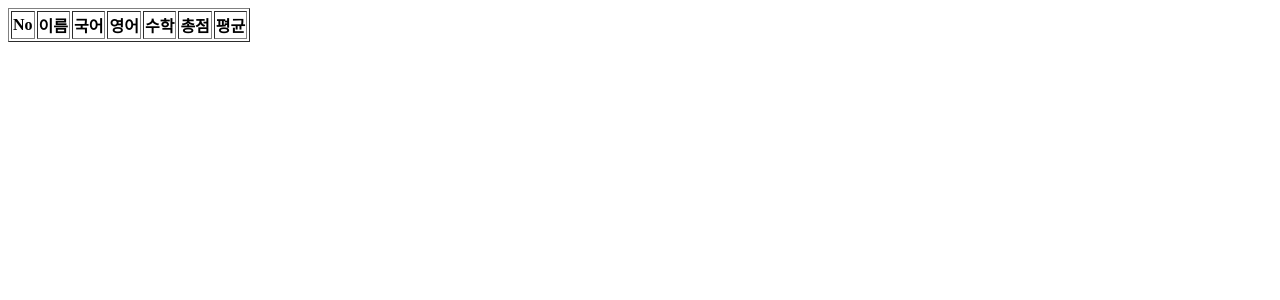
Repository: Heo-sh/Web_Development
Page: http://localhost/Ex_0417_sungjuk/student.jsp
An editor plug-in stored every save of this project. The page is shown before and after the next save, followed by the edit.
The browser window is 1280 px wide. The pictures show the whole page.
The page is served by Tomcat 9. Other server files are loaded and not shown. Queries for data that is not in the repository find no rows.

Above is the page before, as saved 2023-04-17 06:46:11.

### Ex_0417_sungjuk/WebContent/student.jsp
<%@page import="vo.SjVO"%>
<%@page import="java.util.List"%>
<%@page import="dao.SjDAO"%>
<%@ page language="java" contentType="text/html; charset=EUC-KR"
    pageEncoding="EUC-KR"%>
<%
	/* SjDAO sdao= SjDAO.getInstance();
	List<SjVO> list = sdao.selectList(); */

	List<SjVO> list = SjDAO.getInstance().selectList();
%>
<!DOCTYPE html>
<html>
	<head>
		<meta charset="EUC-KR">
		<title>Insert title here</title>
	</head>
<body>
	<table border="1">
		<tr>
			<th>No</th>
			<th>이름</th>
			<th>국어</th>
			<th>영어</th>
			<th>수학</th>
			<th>총점</th>
			<th>평균</th>
		</tr>
		<%
			for (int i = 0; i < list.size(); i++) {
					SjVO svo = list.get(i);
		%>
		<tr>
			<td><%= svo.getNo() %></td>
			<td><%= svo.getName() %></td>
			<td><%= svo.getKor() %></td>
			<td><%= svo.getEng() %></td>
			<td><%= svo.getMat() %></td>
		</tr>
		<%} %>
	</table>
</body>
</html>

### Ex_0417_sungjuk/src/dao/SjDAO.java
package dao;

import java.sql.Connection;
import java.sql.PreparedStatement;
import java.sql.ResultSet;
import java.sql.SQLException;
import java.util.ArrayList;
import java.util.List;

import service.DBService;
import vo.SjVO;

public class SjDAO {
	// single-ton pattern:
	// 객체1개만생성해서 지속적으로 서비스하자
	static SjDAO single = null;

	public static SjDAO getInstance() {
		//생성되지 않았으면 생성
		if (single == null)
			single = new SjDAO();
		//생성된 객체정보를 반환
		return single;
	}

	public List<SjVO> selectList() {

		List<SjVO> list = new ArrayList<SjVO>();
		Connection conn = null;
		PreparedStatement pstmt = null;
		ResultSet rs = null;
		String sql = "select * from sungtb";

		try {
			//1.Connection얻어온다
			conn = DBService.getInstance().getConnection();
			//2.명령처리객체정보를 얻어오기
			pstmt = conn.prepareStatement(sql);

			//3.결과행 처리객체 얻어오기
			rs = pstmt.executeQuery();

			while (rs.next()) {
				SjVO vo = new SjVO();
				//현재레코드값=>Vo저장

				vo.setNo(rs.getInt("no"));
				vo.setName(rs.getString("name"));
				vo.setKor(rs.getInt("kor"));
				vo.setEng(rs.getInt("eng"));
				vo.setMat(rs.getInt("mat"));

				//ArrayList추가
				list.add(vo);
			}

		} catch (Exception e) {
			// TODO: handle exception
			e.printStackTrace();
		} finally {

			try {
				if (rs != null)
					rs.close();
				if (pstmt != null)
					pstmt.close();
				if (conn != null)
					conn.close();
			} catch (SQLException e) {
				// TODO Auto-generated catch block
				e.printStackTrace();
			}
		}

		return list;
	}
}

### Ex_0417_sungjuk/src/service/DBService.java
package service;

import java.sql.Connection;
import java.sql.SQLException;

import javax.naming.Context;
import javax.naming.InitialContext;
import javax.naming.NamingException;
import javax.sql.DataSource;

public class DBService {
//	multi - 본인만의 축약어를 만들 수 있다.
//	window -> preperence -> java -> template -> new
//	for (int i = 0; i < argType; i++) {
//		for (int j = 0; j < argType; j++) {
//
//		}
//	}


//	DB접속을 위한 코드를 위한 class

	//single-ton pattern:
	//객체1개만생성해서 지속적으로 서비스하자
	//- jsp파일을 생성하고 DB에 접속하려고 할 때마다 객체들을 생성하여 메모리를 점유해야한다.
	//  -> 코드를 매번 작성해야 하고 비효율적이기에 single-ton pattern을 이용한다.
	//- 어플리케이션이 시작될 때 어떤 클래스가 최초 한번만 메모리를 할당하고(static의 개념)
	//  그 메모리에 인스턴스를 만들어 사용하는 디자인 패턴
	//- DB를 접속할 때처럼 공통된 객체를 여러 개 생성해서 사용해야 하는 상황에 많이 사용
	static DBService single = null;

	public static DBService getInstance() { //static으로 만들어진 객체는 new를 쓰지 않아도 불러올 수 있다.
		//생성되지 않았으면 생성
		if (single == null) //메모리를 점유하고 있지 않다면
			single = new DBService(); //객체를 생성하라
		//생성된 객체정보를 반환
		return single; //single: DB 접속 관련 정보가 들어가 있다.
	}

	DataSource ds; //생성자 밖에서도 써야하기에 바깥으로 빼둠

	public DBService() {
		try {
			InitialContext ic = new InitialContext();
			Context ctx = (Context)ic.lookup("java:comp/env");
			ds = (DataSource)ctx.lookup("jdbc/oracle_test");

		} catch (NamingException e) {
			// TODO Auto-generated catch block
			e.printStackTrace();
		}
	}

	public Connection getConnection() {
		Connection conn = null;

		try {
			conn = ds.getConnection();
		} catch (SQLException e) {
			// TODO Auto-generated catch block
			e.printStackTrace();
		}

		return conn;
	}

}

After the next save:
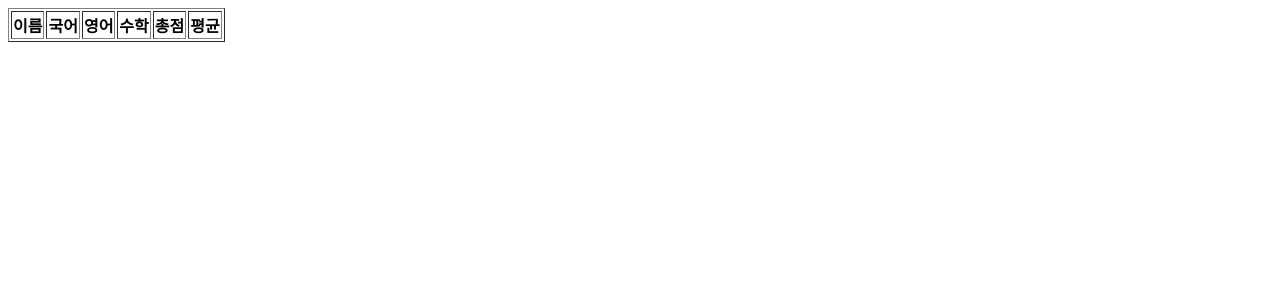
Saved 11 s later.
--- a/Ex_0417_sungjuk/WebContent/student.jsp
+++ b/Ex_0417_sungjuk/WebContent/student.jsp
@@ -18,7 +18,6 @@
 <body>
 	<table border="1">
 		<tr>
-			<th>No</th>
 			<th>이름</th>
 			<th>국어</th>
 			<th>영어</th>
@@ -31,7 +30,6 @@
 					SjVO svo = list.get(i);
 		%>
 		<tr>
-			<td><%= svo.getNo() %></td>
 			<td><%= svo.getName() %></td>
 			<td><%= svo.getKor() %></td>
 			<td><%= svo.getEng() %></td>
